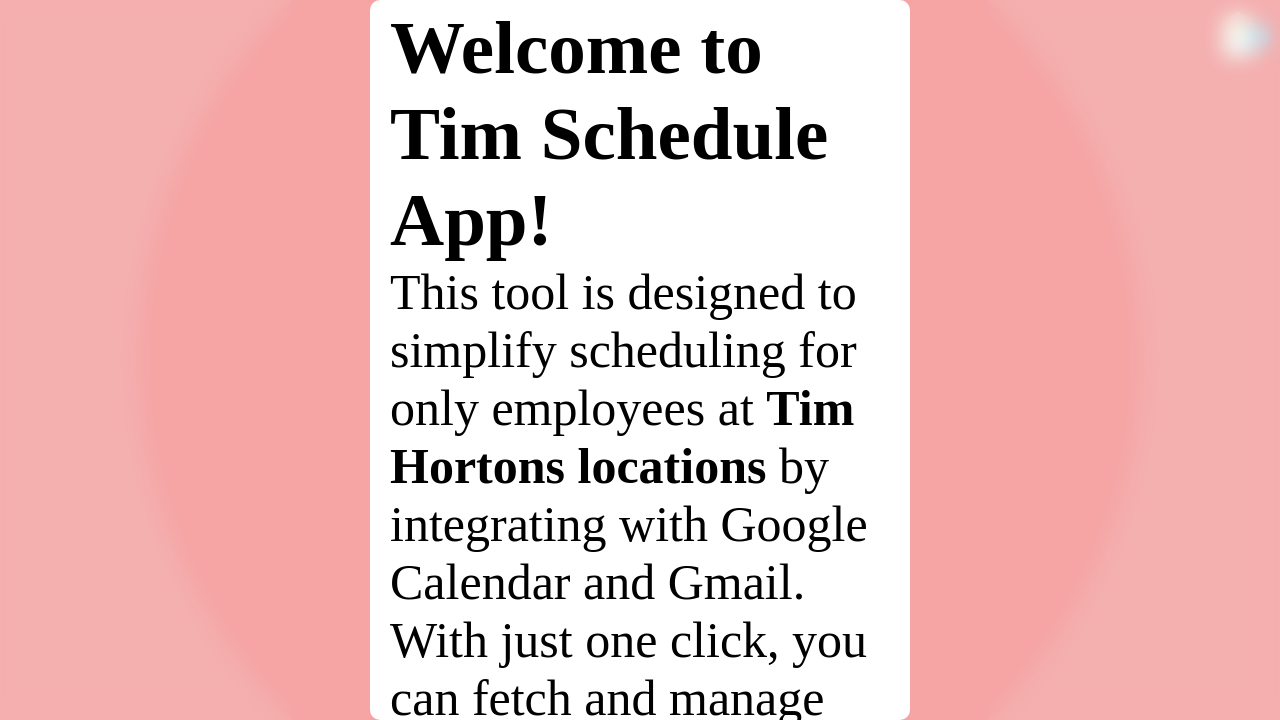
Repository: Sukhvir-Grewal/tim-schadule-app
Page: node_version/public/index.html
These files come from the project's save history. The page is drawn as it stood at one moment and after the next save; the edit follows.
The browser window is 1280 px wide. The pictures show the whole page.

Above is the page before, as saved 2024-08-15 01:06:19.

After the next save:
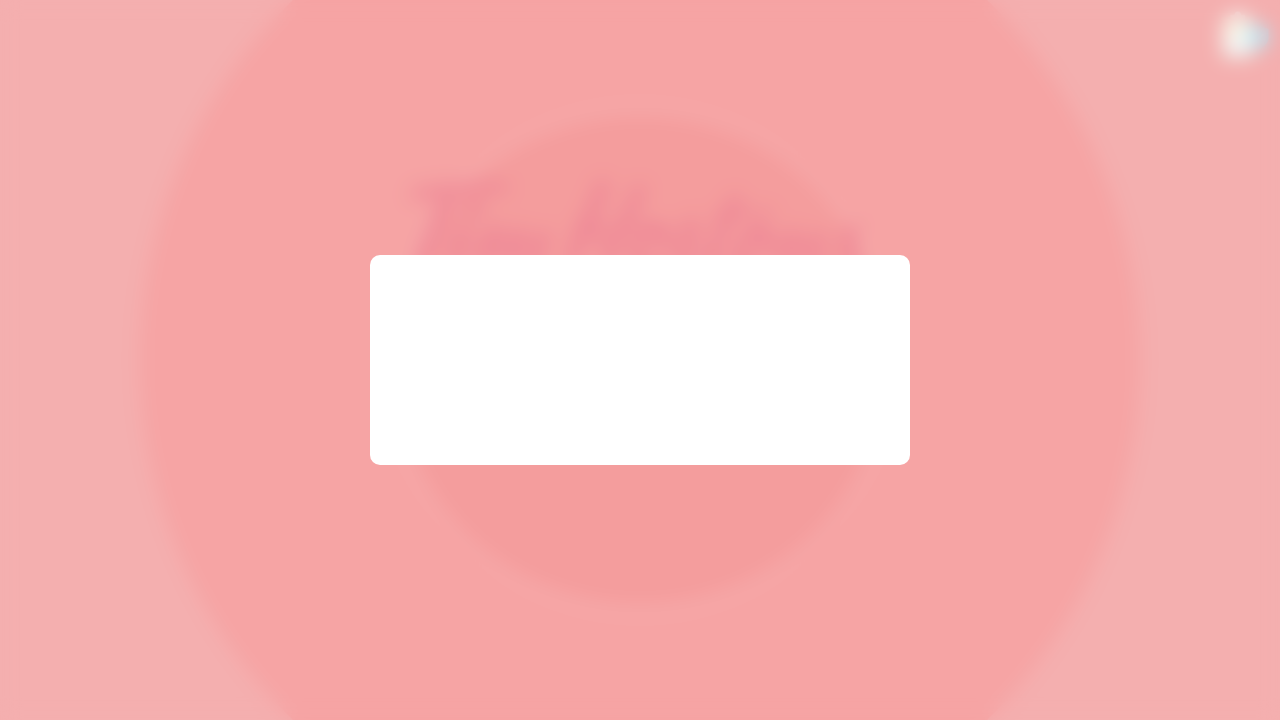
Saved 5 s later.
--- a/node_version/public/style.css
+++ b/node_version/public/style.css
@@ -33,7 +33,7 @@
     width: 90vw;
     padding: 5px 20px;
     animation: fadeIn 4s ease;
-    font-size: 50px;
+    font-size: 0px;
 }
 
 .logo {
